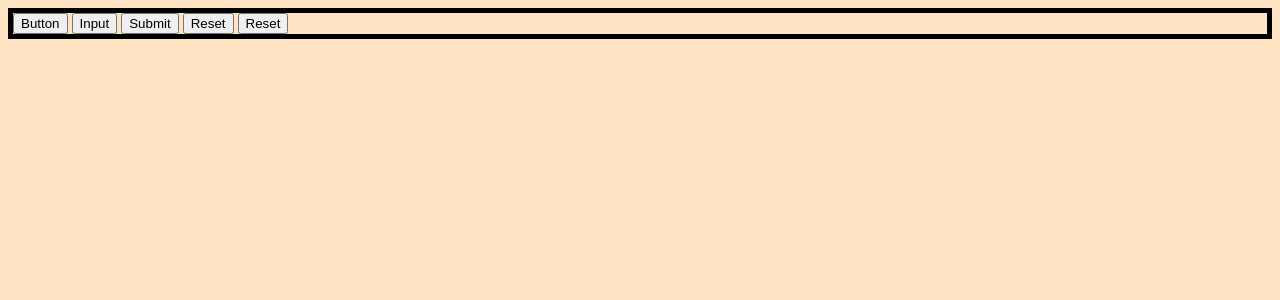
Repository: noahcallen/LAB-calculator
Page: index.html
An editor plug-in stored every save of this project. The page is shown before and after the next save, followed by the edit.
The browser window is 1280 px wide. The pictures show the whole page.

Above is the page before, as saved 2024-07-09 21:21:17.

### index.html
<!DOCTYPE html>
<html lang="en">
<head>
  <meta charset="UTF-8">
  <meta name="viewport" content="width=device-width, initial-scale=1.0">
  <title>Document</title>
  <link rel="stylesheet" href="main.css">
  <meta name="viewport" content="width=device-width, initial-scale=1">
</head>
<body>
  <!-- box for calculator outline -->
  <div class="outline">

    <div>
      <!-- <a class="btn btn-primary" href="#" role="button">Link</a> -->
      <button class="btn btn-primary" type="submit">Button</button>
      <input class="btn btn-primary" type="button" value="Input">
      <input class="btn btn-primary" type="submit" value="Submit">
      <input class="btn btn-primary" type="reset" value="Reset">
      <input class="btn btn-primary" type="reset" value="Reset">
    </div>



    <!-- close outline -->
  </div>




  <script src="main.js"></script>
  <!-- import js bootstrap -->
  <script src="https://cdn.jsdelivr.net/npm/bootstrap@5.3.3/dist/js/bootstrap.bundle.min.js" integrity="sha384-YvpcrYf0tY3lHB60NNkmXc5s9fDVZLESaAA55NDzOxhy9GkcIdslK1eN7N6jIeHz" crossorigin="anonymous"></script>
</body>
</html>

### main.css
body {
  background-color: bisque;
}

.outline {
  border: solid 5px black;
}

Loaded but not shown: main.js (no stored copy; drawn as an empty file)

After the next save:
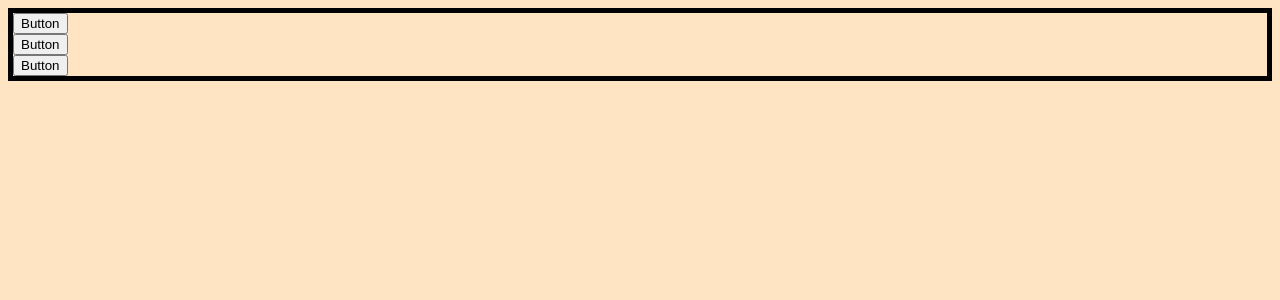
Saved 87 s later.
--- a/index.html
+++ b/index.html
@@ -12,12 +12,17 @@
   <div class="outline">
 
     <div>
-      <!-- <a class="btn btn-primary" href="#" role="button">Link</a> -->
-      <button class="btn btn-primary" type="submit">Button</button>
-      <input class="btn btn-primary" type="button" value="Input">
-      <input class="btn btn-primary" type="submit" value="Submit">
-      <input class="btn btn-primary" type="reset" value="Reset">
-      <input class="btn btn-primary" type="reset" value="Reset">
+      <div class="button1">
+        <button class="btn btn-primary" type="submit">Button</button>
+      </div>
+
+      <div class="button2">
+        <button class="btn btn-primary" type="submit">Button</button>
+      </div>
+
+      <div class="button3">
+        <button class="btn btn-primary" type="submit">Button</button>
+      </div>
     </div>
 
 
